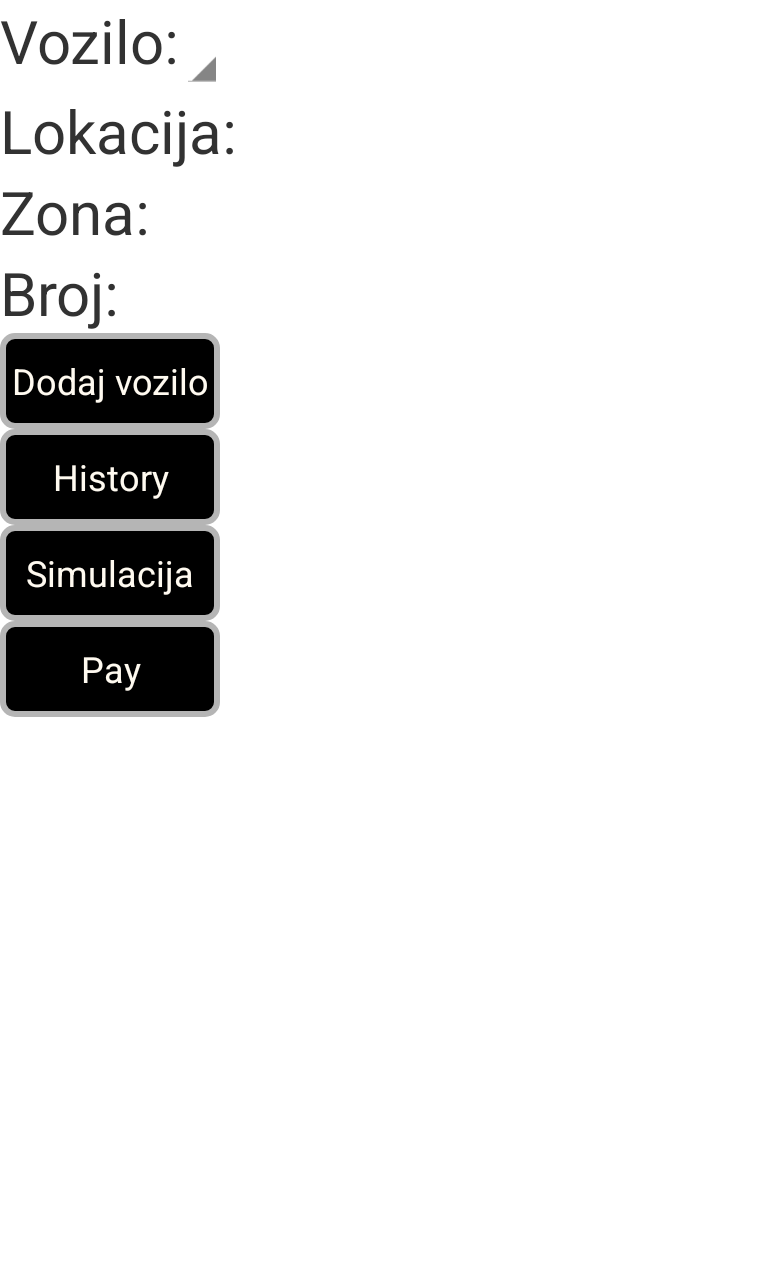
Repository: Kondorcom/GPS_parking
Layout: GPSParking/res/layout/activity_main.xml
An editor plug-in stored every save of this project. The layout is shown before and after the next save, followed by the edit.
It is drawn on a 768 x 1280 px phone screen (xhdpi) without system bars, with theme AppTheme; the app's code is not run. The app's manifest (not shown) leaves right-to-left support off. So textAlignment, textDirection and layoutDirection are ignored, and left and right values win over start and end ones.

Above is the layout before, as saved 2016-05-16 11:09:00.

After the next save:
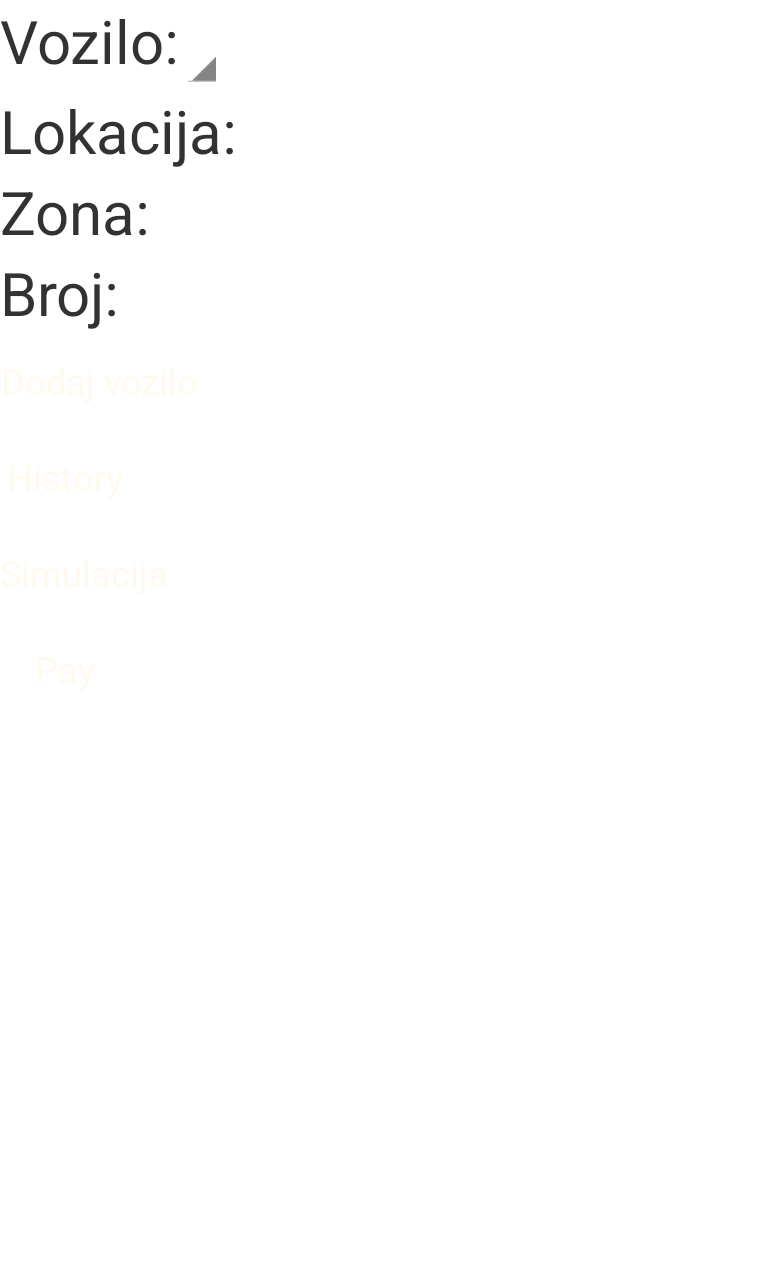
Saved 13 s later.
--- a/GPSParking/res/drawable/btn_shape.xml
+++ b/GPSParking/res/drawable/btn_shape.xml
@@ -23,7 +23,7 @@
 android:color="#B5B5B5"
 
 />
-</shape>
+
 <item android:state_pressed="false" android:state_focused="false">
     <shape >
         <solid  android:color="#CD853F" />

After the save that followed:
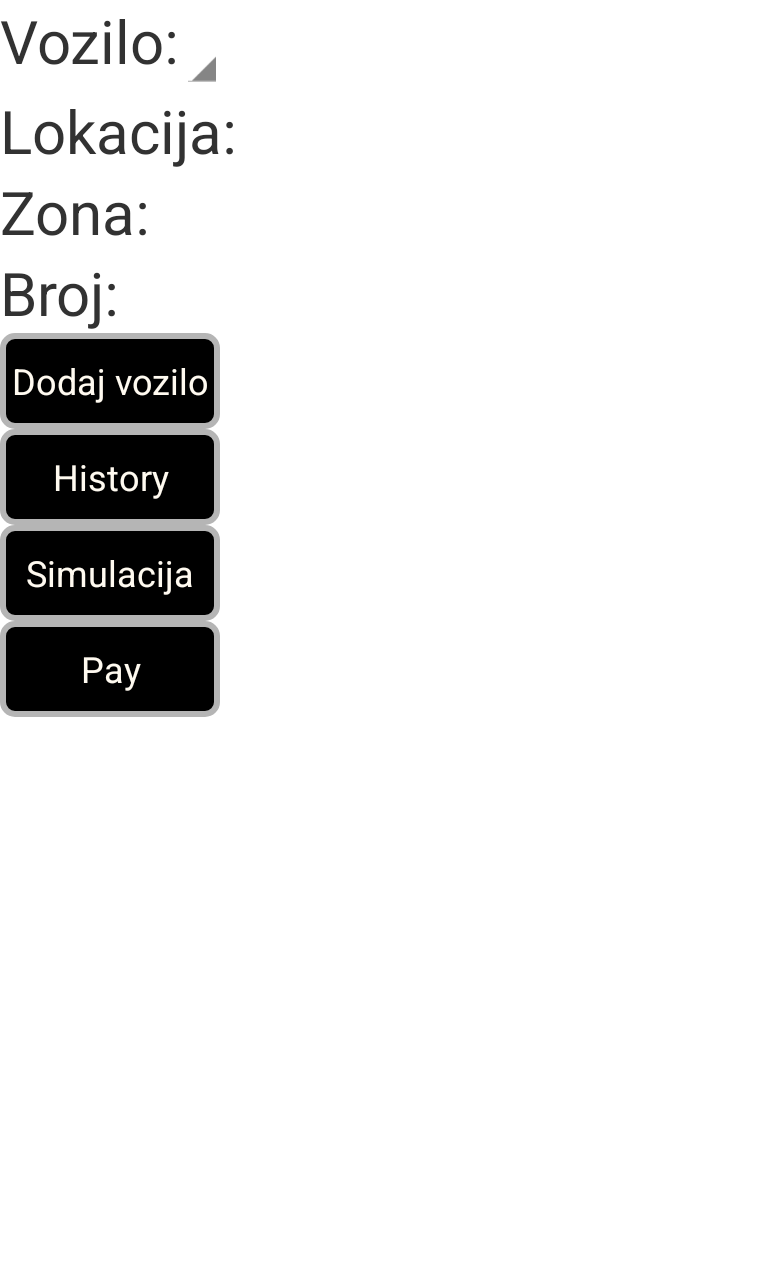
Saved 23 s later.
--- a/GPSParking/res/drawable/btn_shape.xml
+++ b/GPSParking/res/drawable/btn_shape.xml
@@ -23,24 +23,4 @@
 android:color="#B5B5B5"
 
 />
-
-<item android:state_pressed="false" android:state_focused="false">
-    <shape >
-        <solid  android:color="#CD853F" />
-     </shape>
-</item>
-
-<!-- button focused -->
-<item android:state_pressed="false" android:state_focused="true">
-    <shape >
-    <solid
-            android:color="#00ff00" />
-     </shape>
-</item>
-<!-- button pressed -->
-<item android:state_pressed="true" android:state_focused="false">
-    <shape >
-        <solid
-            android:color="#00ff00" />
-    </shape>
-</item>
+</shape>
